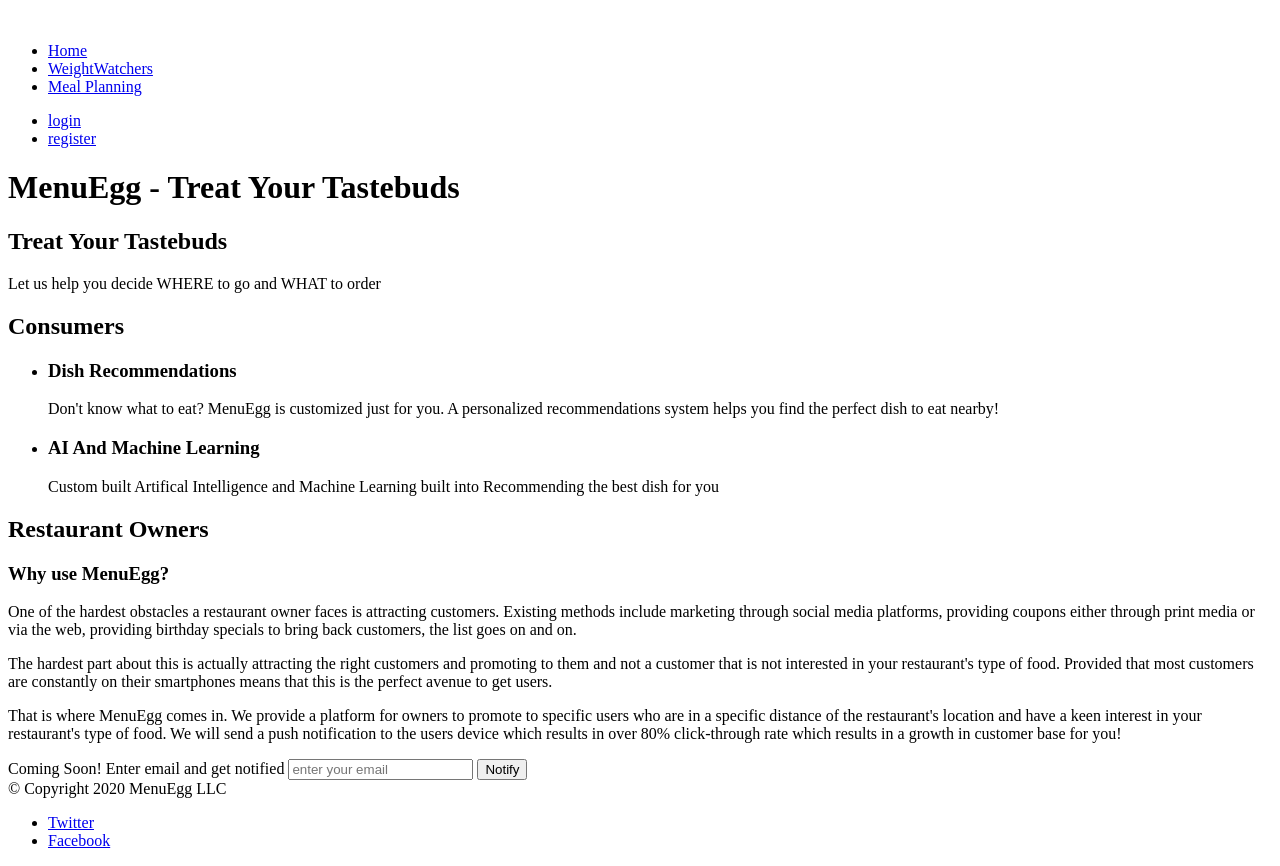
Repository: RobinKite/MenuEgg-test-site
Page: src/index.html
The author's editor kept a copy of each file at every save. The page is drawn from the files as they stood at one save, then again after the next save.
The browser window is 1280 px wide. The pictures show the whole page.

Above is the page before, as saved 2020-09-16 05:47:37.

### src/index.html
<!DOCTYPE html>
<html lang="en">

<head>
    <meta charset="UTF-8" />
    <meta name="viewport" content="width=device-width, initial-scale=1.0" />
    <meta http-equiv="X-UA-Compatible" content="ie=edge" />
    <title>MenuEgg - Treat Your Tastebuds</title>
</head>

<body>
    <header>
        <nav>
            <a href="#">
                <img src="" alt="">
            </a>

            <ul>
                <li><a href="#">Home</a></li>
                <li><a href="#">WeightWatchers</a></li>
                <li><a href="#">Meal Planning</a></li>
            </ul>

            <ul>
                <li><a href="#">login</a></li>
                <li><a href="#">register</a></li>
            </ul>
        </nav>
    </header>

    <main>
        <h1>MenuEgg - Treat Your Tastebuds</h1>

        <section>
            <h2>Treat Your Tastebuds</h2>
            <span>Let us help you decide WHERE to go and WHAT to order</span>
        </section>
        <section>
            <div>
                <div>
                    <h2>Consumers</h2>
                    <ul>
                        <li>
                            <h3>Dish Recommendations</h3>
                            <p>Don't know what to eat? MenuEgg is customized just for you. A personalized recommendations system helps you find the perfect dish to eat nearby!</p>
                        </li>
                        <li>
                            <h3>AI And Machine Learning</h3>
                            <p>Custom built Artifical Intelligence and Machine Learning built into Recommending the best dish for you</p>
                        </li>
                    </ul>
                </div>
                <div>
                    <h2>Restaurant Owners</h2>
                    <div>
                        <h3>Why use MenuEgg?</h3>
                        <p>One of the hardest obstacles a restaurant owner faces is attracting customers. Existing methods include marketing through social media platforms, providing coupons either through print media or via the web, providing birthday specials
                            to bring back customers, the list goes on and on.</p>
                        <p>The hardest part about this is actually attracting the right customers and promoting to them and not a customer that is not interested in your restaurant's type of food. Provided that most customers are constantly on their smartphones
                            means that this is the perfect avenue to get users.</p>
                        <p>That is where MenuEgg comes in. We provide a platform for owners to promote to specific users who are in a specific distance of the restaurant's location and have a keen interest in your restaurant's type of food. We will send
                            a push notification to the users device which results in over 80% click-through rate which results in a growth in customer base for you!</p>
                    </div>
                </div>
            </div>
            <div>
                <span>Coming Soon!</span>
                <label for="email">Enter email and get notified</label>
                <input type="email" id="email" placeholder="enter your email">
                <input type="submit" value="Notify">
            </div>
            <div>

            </div>
            <div>

            </div>
        </section>
        <section>

        </section>
        <section>

        </section>
        <section>

        </section>
        <section>

        </section>
        <section>

        </section>
        <section>

        </section>
        <section>

        </section>
        <section>

        </section>
    </main>

    <footer>
        <span>&#169; Copyright 2020 MenuEgg LLC</span>

        <ul>
            <li><a href="#">Twitter</a></li>
            <li><a href="#">Facebook</a></li>
        </ul>
    </footer>
</body>

</html>

After the next save:
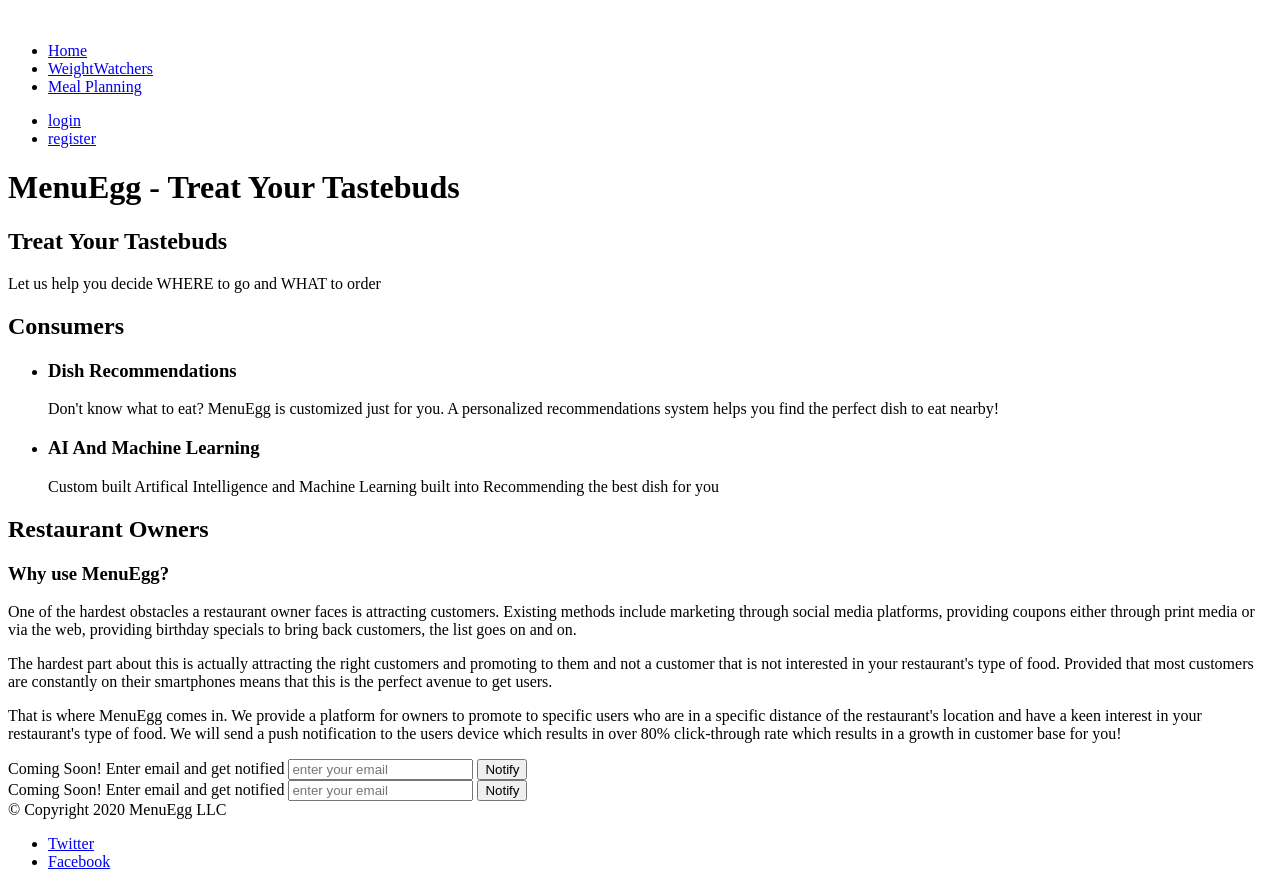
Saved 23 s later.
--- a/src/index.html
+++ b/src/index.html
@@ -70,10 +70,10 @@
                 <input type="submit" value="Notify">
             </div>
             <div>
-
-            </div>
-            <div>
-
+                <span>Coming Soon!</span>
+                <label for="email">Enter email and get notified</label>
+                <input type="email" id="email" placeholder="enter your email">
+                <input type="submit" value="Notify">
             </div>
         </section>
         <section>
